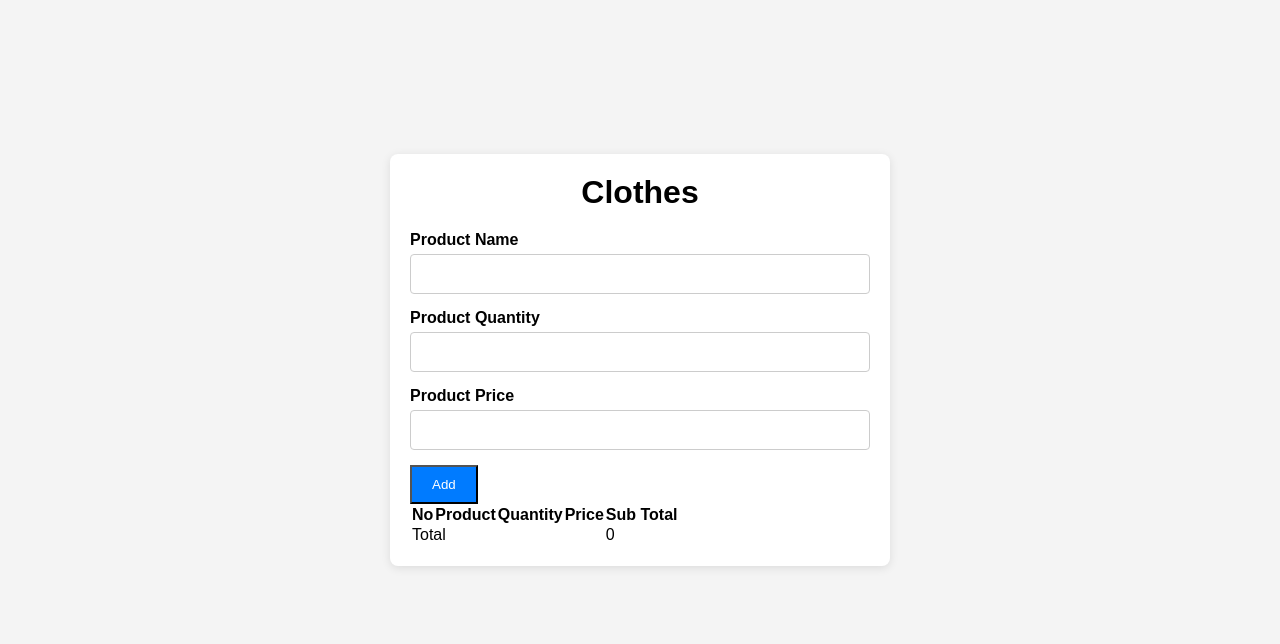
Repository: LeTiepTuyen/homework2
Page: clothes_form.html
These files come from the project's save history. The page is drawn as it stood at one moment and after the next save; the edit follows.
The browser window is 1280 px wide. The pictures show the whole page.

Above is the page before, as saved 2024-09-19 18:56:52.

### clothes_form.html
<!DOCTYPE html>
<html lang="en">
  <head>
    <meta charset="UTF-8" />
    <meta name="viewport" content="width=device-width, initial-scale=1.0" />
    <title>Clothes Form</title>
    <link rel="stylesheet" href="style.css" />
  </head>
  <body>
    <div class="container">
      <h1>Clothes</h1>
      <form id="productForm">
        <div class="input-group">
          <label for="productName">Product Name</label>
          <input type="text" id="productName" required />
        </div>
        <div class="input-group">
          <label for="productQuantity">Product Quantity</label>
          <input type="number" id="productQuantity" required />
        </div>
        <div class="input-group">
          <label for="productPrice">Product Price</label>
          <input type="number" id="productPrice" required />
        </div>
        <button type="button" id="addButton">Add</button>
      </form>

      <table id="productTable">
        <thead>
          <tr>
            <th>No</th>
            <th>Product</th>
            <th>Quantity</th>
            <th>Price</th>
            <th>Sub Total</th>
          </tr>
        </thead>
        <tbody>
          <!-- Rows will be added here -->
        </tbody>
        <tfoot>
          <tr>
            <td colspan="4">Total</td>
            <td id="totalSum">0</td>
          </tr>
        </tfoot>
      </table>
    </div>

    <script>
      let productCount = 0;
      let totalSum = 0;

      document.getElementById("addButton").addEventListener("click", function () {
        const name = document.getElementById("productName").value;
        const quantity = parseInt(document.getElementById("productQuantity").value);
        const price = parseInt(document.getElementById("productPrice").value);

        // Check if inputs are filled
        if (!name || !quantity || !price) {
          alert("Please fill out all fields");
          return;
        }

        productCount++;
        const subtotal = quantity * price;
        totalSum += subtotal;

        // Add new row to the table
        const tableBody = document.querySelector("#productTable tbody");
        const newRow = document.createElement("tr");
        newRow.innerHTML = `
          <td>${productCount}</td>
          <td>${name}</td>
          <td>${quantity}</td>
          <td>${price}</td>
          <td>${subtotal}</td>
        `;
        tableBody.appendChild(newRow);

        // Update total
        document.getElementById("totalSum").innerText = totalSum;

        // Clear input fields
        document.getElementById("productForm").reset();
      });
    </script>
  </body>
</html>

### style.css
* {
  margin: 0;
  padding: 0;
  box-sizing: border-box;
}

body {
  font-family: Arial, sans-serif;
  background-color: #f4f4f4;
  display: flex;
  justify-content: center;
  align-items: center;
  height: 100vh;
}

.container {
  background-color: white;
  padding: 20px;
  border-radius: 8px;
  box-shadow: 0 2px 10px rgba(0, 0, 0, 0.1);
  width: 500px;
}

h1 {
  text-align: center;
  margin-bottom: 20px;
}

.input-group {
  display: flex;
  flex-direction: column;
  margin-bottom: 15px;
}

label {
  font-weight: bold;
  margin-bottom: 5px;
}

input {
  padding: 10px;
  font-size: 16px;
  border: 1px solid #ccc;
  border-radius: 4px;
}

button {
  padding: 10px 20px;
  background-color: #007bff;
  color: white;
  border

After the next save:
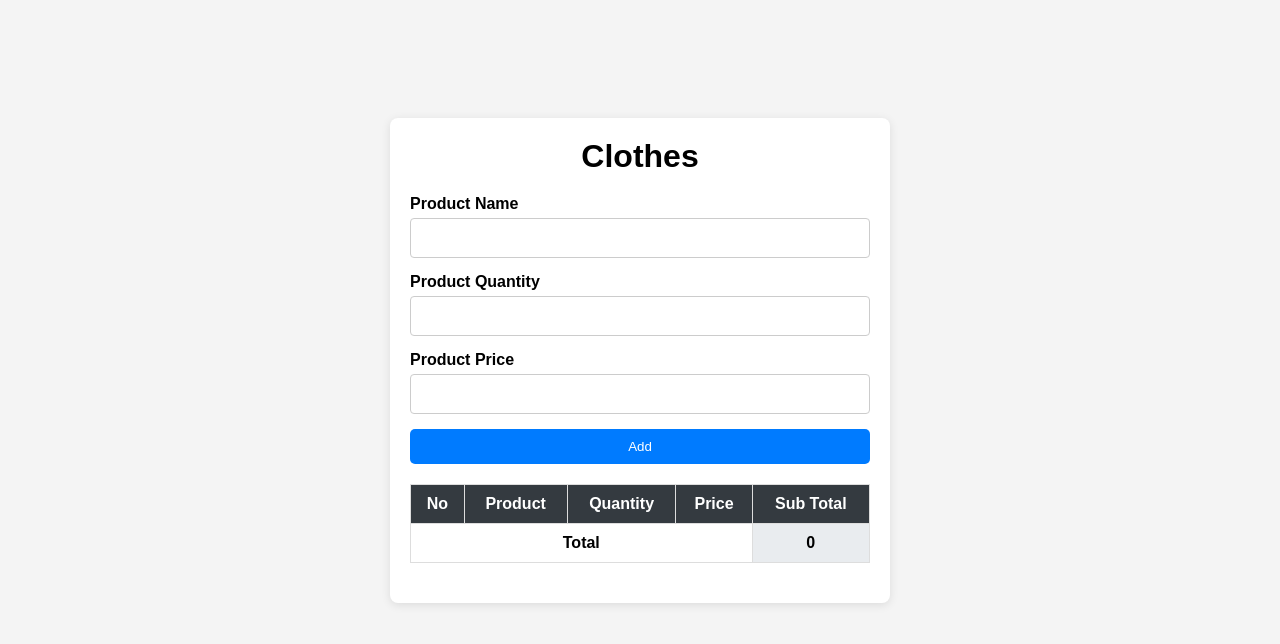
Saved 21 s later.
--- a/style.css
+++ b/style.css
@@ -48,4 +48,39 @@ button {
   padding: 10px 20px;
   background-color: #007bff;
   color: white;
-  border
+  border: none;
+  border-radius: 5px;
+  cursor: pointer;
+  width: 100%;
+  margin-bottom: 20px;
+}
+
+button:hover {
+  background-color: #0056b3;
+}
+
+table {
+  width: 100%;
+  border-collapse: collapse;
+  margin-bottom: 20px;
+}
+
+th,
+td {
+  padding: 10px;
+  text-align: center;
+  border: 1px solid #ddd;
+}
+
+thead th {
+  background-color: #343a40;
+  color: white;
+}
+
+tfoot td {
+  font-weight: bold;
+}
+
+tfoot td:last-child {
+  background-color: #e9ecef;
+}
